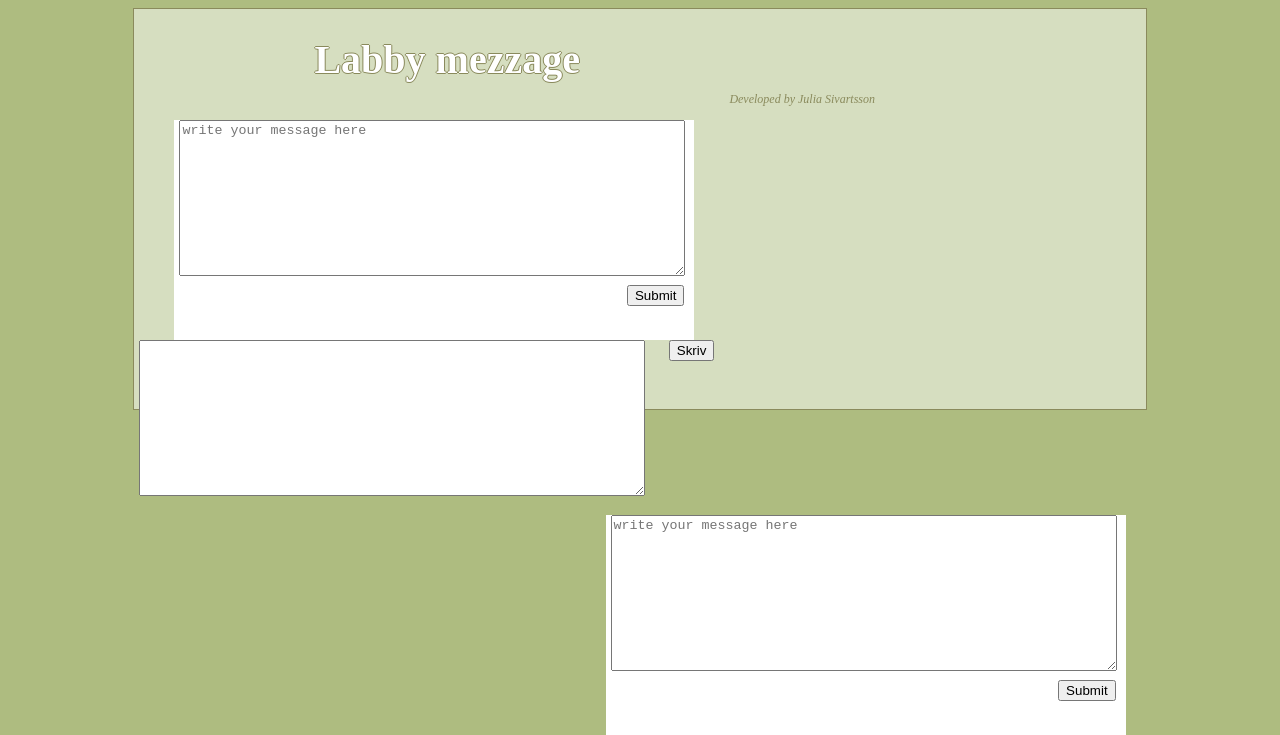
Repository: JuliaSivartsson/1dv403-jsigc09-laborationer
Page: 2-labbymezzage/Extraupgift/index.html
The author's editor kept a record of every edit. The page is drawn from the files as they stood at one moment, then again after the next edit.
The browser window is 1280 px wide. The pictures show the whole page.

Above is the page before.
Console error (its wording comes from the project's code and is left out).

After the next edit:
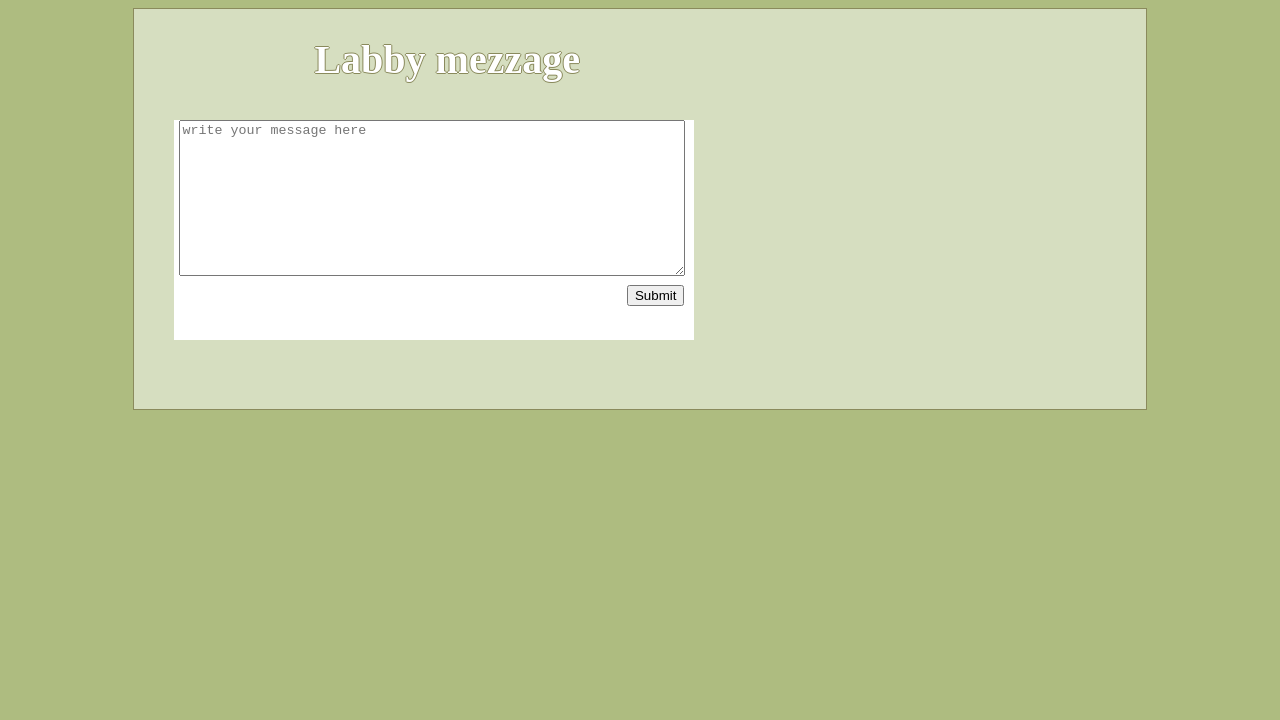
The error is gone.
The edit:
--- a/2-labbymezzage/Extraupgift/index.html
+++ b/2-labbymezzage/Extraupgift/index.html
@@ -23,7 +23,7 @@
                 </div>
             </div>
             <div id="board2">
-                <div id="text">
+                <!--<div id="text">
                     <div id="count" class="right"></div>
                     <form action="post" name="form">
                         <textarea id="messagearea" name="messagearea" placeholder="write your message here"></textarea>
